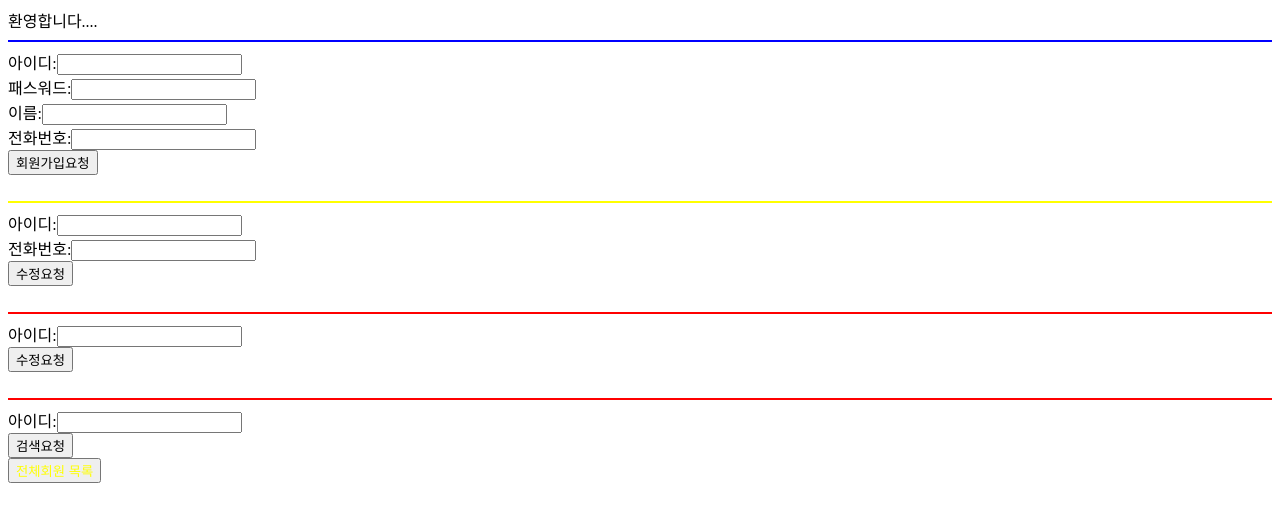
Repository: Yusubin/workEx
Page: spring00/src/main/webapp/index.html
The author's editor kept a copy of each file at every save. The page is drawn from the files as they stood at one save, then again after the next save.
The browser window is 1280 px wide. The pictures show the whole page.

Above is the page before, as saved 2022-02-15 07:04:10.

### spring00/src/main/webapp/index.html
<!DOCTYPE html>
<html>
<head>
<meta charset="UTF-8">
<title>Insert title here</title>
</head>
<body>
	환영합니다....
	<br>
	<hr color="blue">
	<form action="create.jsp">
		아이디:<input type="text" name="id"><br> 패스워드:<input
			type="text" name="pw"><br> 이름:<input type="text"
			name="name"><br> 전화번호:<input type="text" name="tel"><br>
		<button>회원가입요청</button>

	</form>
	<br>
	<hr color="yellow">
	<form action="update.jsp">
		아이디:<input type="text" name="id"><br> 전화번호:<input
			type="text" name="tel"><br>
		<button>수정요청</button>
	</form>

	<br>
	<hr color="red">
	<form action="delete.jsp">
		아이디:<input type="text" name="id"><br>
		<button>수정요청</button>
	</form>

	<br>
	<hr color="red">
	<form action="one.jsp">
		아이디:<input type="text" name="id"><br>
		<button>검색요청</button>
	</form>


	<a href="list.jsp">
	<button style="color:yellow;">전체회원 목록</button></a>
</body>
</html>

After the next save:
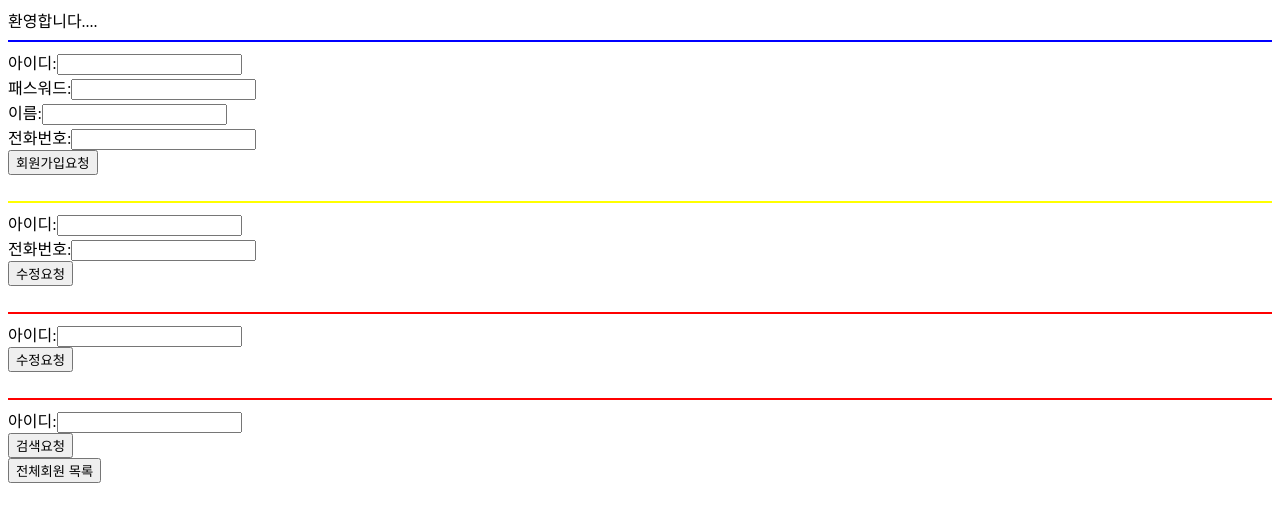
Saved 30 s later.
--- a/spring00/src/main/webapp/index.html
+++ b/spring00/src/main/webapp/index.html
@@ -39,6 +39,6 @@
 
 
 	<a href="list.jsp">
-	<button style="color:yellow;">전체회원 목록</button></a>
+	<button style="backgroundcolor:yellow;">전체회원 목록</button></a>
 </body>
 </html>
